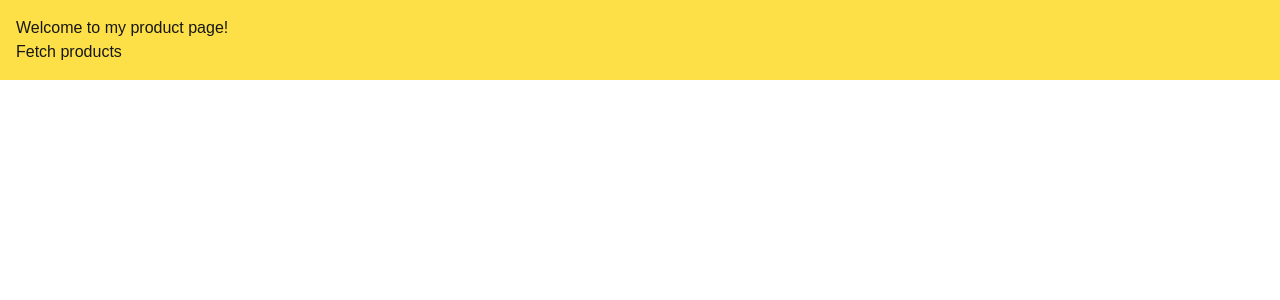
Repository: SamanthaYan298/MDIA-3126-Weds
Page: /api (app in webapp/)
An editor plug-in stored every save of this project. The page is shown before and after the next save, followed by the edit.
The browser window is 1280 px wide. The pictures show the whole page.
The project was rebuilt for these pictures with package versions that can differ from the ones it lists, and the page was loaded fresh each time. The framework's server and built-in components were replaced by stand-ins that run in the browser. Also part of the build but not shown: webapp/next.config.mjs.

Above is the page before, as saved 2024-10-09 12:49:47.

### webapp/src/app/api/page.js
import Image from "next/image";

export default function Page() {
// to-do list
// 1 create a product page
// 2 create a header
// 3 create a button the request data
// 4 store the data in my state (react state)
// 5 output the data


    return (
        <div className="bg-yellow-300 p-4">
            <header>
                <h1>Welcome to my product page!</h1>
                <button>
                    Fetch products
                </button>
            </header>
        </div>
    )
}

Loaded but not shown: webapp/src/app/layout.js (common file); webapp/src/app/globals.css (common file); webapp/tailwind.config.js (common file)

After the next save:
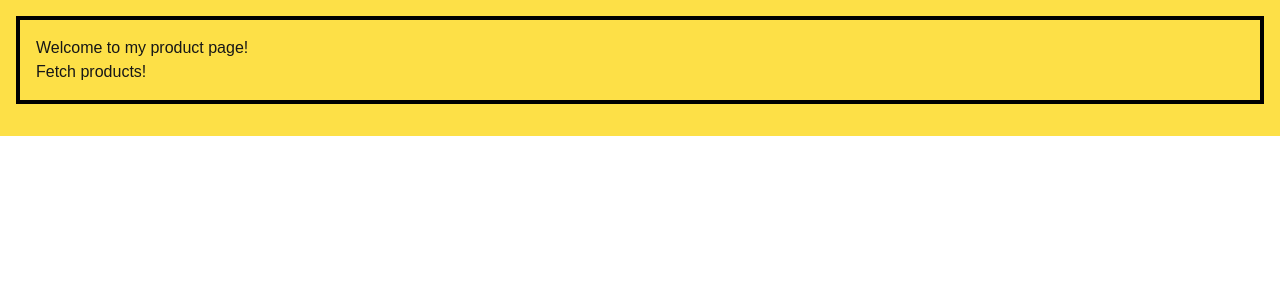
Saved 41 s later.
--- a/webapp/src/app/api/page.js
+++ b/webapp/src/app/api/page.js
@@ -11,10 +11,10 @@ export default function Page() {
 
     return (
         <div className="bg-yellow-300 p-4">
-            <header>
+            <header className="border-4 border-black p-4 mb-4">
                 <h1>Welcome to my product page!</h1>
                 <button>
-                    Fetch products
+                    Fetch products!
                 </button>
             </header>
         </div>
